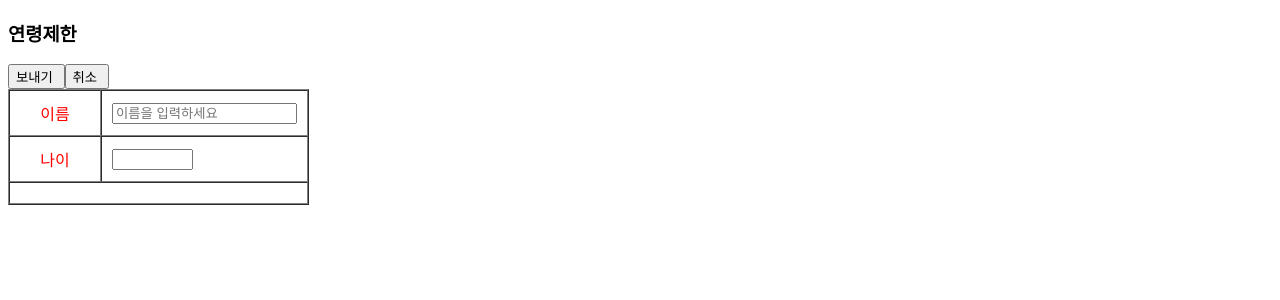
Repository: jihyunah/Java_EE
Page: workspace/testServlet/src/main/webapp/param.html
An editor plug-in stored every save of this project. The page is shown before and after the next save, followed by the edit.
The browser window is 1280 px wide. The pictures show the whole page.

Above is the page before, as saved 2023-02-22 06:32:09.

After the next save:
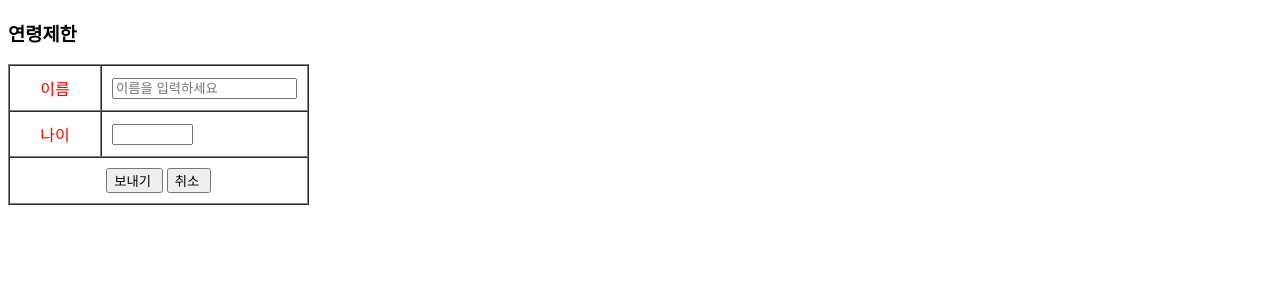
Saved 52 s later.
--- a/workspace/testServlet/src/main/webapp/param.html
+++ b/workspace/testServlet/src/main/webapp/param.html
@@ -26,9 +26,9 @@ td {
 	</tr>
 
 	<tr>
-		<td colspan="2" align="center"></td>
+		<td colspan="2" align="center">
 			<input type="submit" value="보내기 ">
-			<input type="reset" value="취소 ">
+			<input type="reset" value="취소 "></td>
 	</tr>
 
 	</table>
